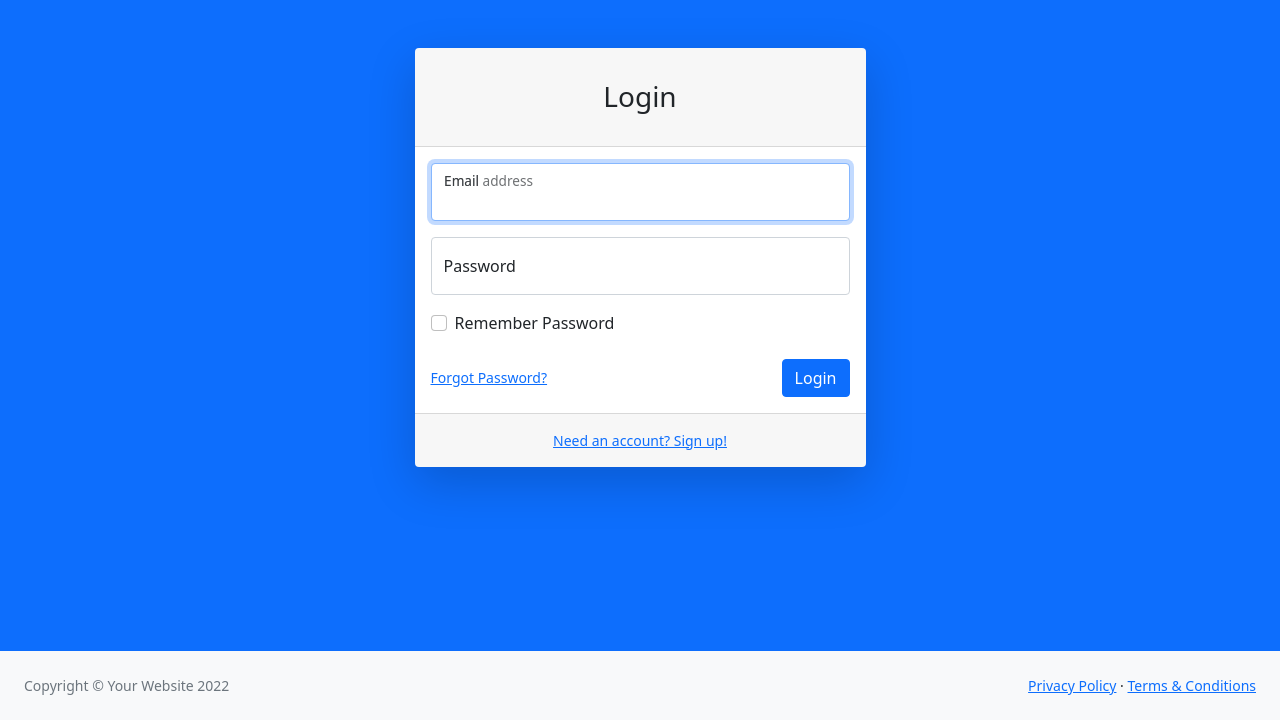
Repository: freddy1212/adulams
Page: templates/security/login.html.twig
The author's editor kept a copy of each file at every save. The page is drawn from the files as they stood at one save, then again after the next save.
The browser window is 1280 px wide. The pictures show the whole page.
Some web libraries are served in a nearby version. The page is a Twig template of a Symfony application; nobody is signed in and links lead nowhere. The template is opened directly, without the code that normally fills it, so the values that code supplies are empty.

Above is the page before, as saved 2022-08-29 18:32:53.

### templates/security/login.html.twig
<!DOCTYPE html>
<html lang="en">
    <head>
        <meta charset="utf-8" />
        <meta http-equiv="X-UA-Compatible" content="IE=edge" />
        <meta name="viewport" content="width=device-width, initial-scale=1, shrink-to-fit=no" />
        <meta name="description" content="" />
        <meta name="author" content="" />
        <title>Login - SB Admin</title>
        <link href="{{ asset('assets/css/styles.css')}}" rel="stylesheet" />
        <script src="https://use.fontawesome.com/releases/v6.1.0/js/all.js" crossorigin="anonymous"></script>
    </head>
    <body class="bg-primary">
        <div id="layoutAuthentication">
            <div id="layoutAuthentication_content">
                <main>
                    <div class="container">
                        <div class="row justify-content-center">
                            <div class="col-lg-5">
                                <div class="card shadow-lg border-0 rounded-lg mt-5">
                                    <div class="card-header"><h3 class="text-center font-weight-light my-4">Login</h3></div>
                                    <div class="card-body">
                                        {% block body %}
                                        <form method="post">
                                            {% if error %}
                                                <div class="alert alert-danger">{{ error.messageKey|trans(error.messageData, 'security') }}</div>
                                            {% endif %}

                                            {% if app.user %}
                                                <div class="mb-3">
                                                    You are logged in as {{ app.user.userIdentifier }}, <a href="{{ path('app_logout') }}">Logout</a>
                                                </div>
                                            {% endif %}
                                            <div class="form-floating mb-3">
                                                <input type="email" value="{{ last_username }}" name="email" id="inputEmail" class="form-control" autocomplete="email" required autofocus>                                                <label for="inputEmail">Email address</label>
                                                <label for="inputEmail">Email</label>
                                            </div>
                                            <div class="form-floating mb-3">
                                                <input class="form-control" id="inputPassword" type="password" placeholder="Password" />
                                                <label for="inputPassword">Password</label>
                                            </div>
                                            <div class="form-check mb-3">
                                                <input class="form-check-input" id="inputRememberPassword" type="checkbox" value="" />
                                                <label class="form-check-label" for="inputRememberPassword">Remember Password</label>
                                            </div>
                                            <div class="d-flex align-items-center justify-content-between mt-4 mb-0">
                                                <a class="small" href="password.html">Forgot Password?</a>
                                                <a class="btn btn-primary" href="index.html">Login</a>
                                            </div>
                                        </form>
                                        {% endblock %}
                                    </div>
                                    <div class="card-footer text-center py-3">
                                        <div class="small"><a href="register.html">Need an account? Sign up!</a></div>
                                    </div>
                                </div>
                            </div>
                        </div>
                    </div>
                </main>
            </div>
            <div id="layoutAuthentication_footer">
                <footer class="py-4 bg-light mt-auto">
                    <div class="container-fluid px-4">
                        <div class="d-flex align-items-center justify-content-between small">
                            <div class="text-muted">Copyright &copy; Your Website 2022</div>
                            <div>
                                <a href="#">Privacy Policy</a>
                                &middot;
                                <a href="#">Terms &amp; Conditions</a>
                            </div>
                        </div>
                    </div>
                </footer>
            </div>
        </div>
        <script src="https://cdn.jsdelivr.net/npm/bootstrap@5.1.3/dist/js/bootstrap.bundle.min.js" crossorigin="anonymous"></script>
        <script src="{{ asset('assets/js/scripts.js') }}"></script>
    </body>
</html>

### public/assets/js/scripts.js
/*!
    * Start Bootstrap - SB Admin v7.0.5 (https://startbootstrap.com/template/sb-admin)
    * Copyright 2013-2022 Start Bootstrap
    * Licensed under MIT (https://github.com/StartBootstrap/startbootstrap-sb-admin/blob/master/LICENSE)
    */
    //
// Scripts
//

window.addEventListener('DOMContentLoaded', event => {

    // Toggle the side navigation
    const sidebarToggle = document.body.querySelector('#sidebarToggle');
    if (sidebarToggle) {
        // Uncomment Below to persist sidebar toggle between refreshes
        // if (localStorage.getItem('sb|sidebar-toggle') === 'true') {
        //     document.body.classList.toggle('sb-sidenav-toggled');
        // }
        sidebarToggle.addEventListener('click', event => {
            event.preventDefault();
            document.body.classList.toggle('sb-sidenav-toggled');
            localStorage.setItem('sb|sidebar-toggle', document.body.classList.contains('sb-sidenav-toggled'));
        });
    }

});

Loaded but not shown: public/assets/css/styles.css (library)

After the next save:
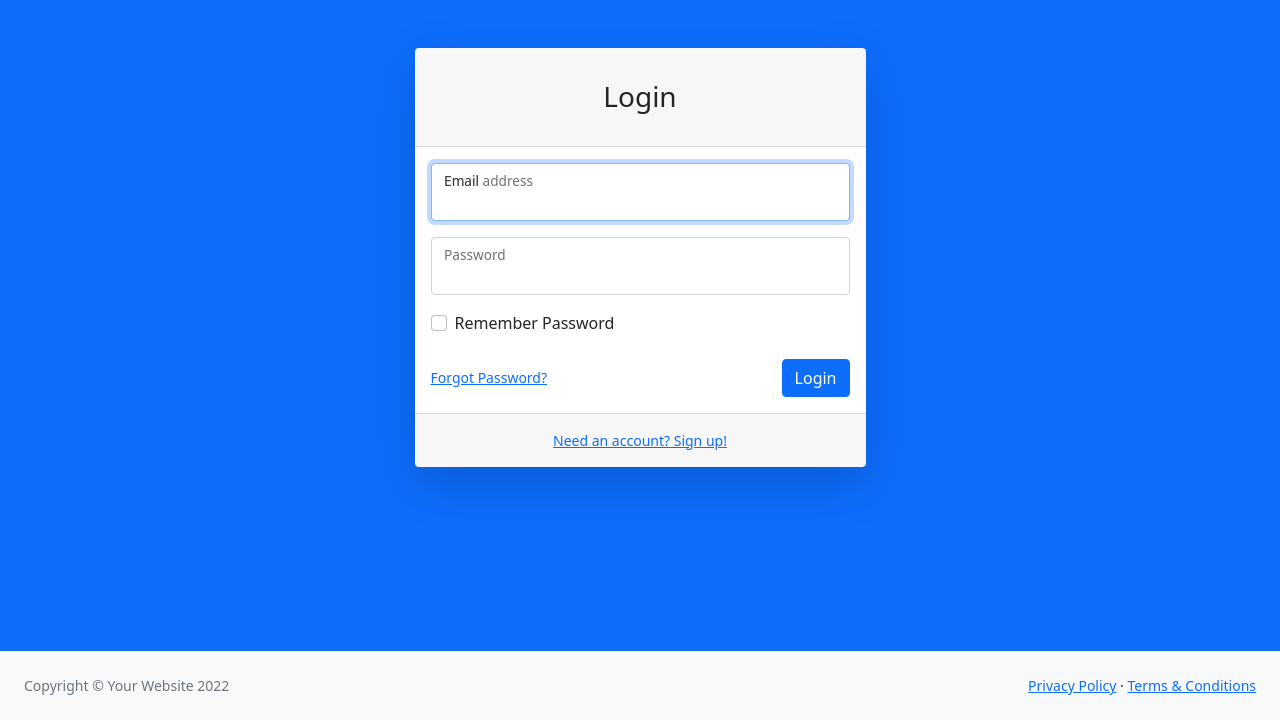
Saved 2 min 42 s later.
--- a/templates/security/login.html.twig
+++ b/templates/security/login.html.twig
@@ -36,7 +36,7 @@
                                                 <label for="inputEmail">Email</label>
                                             </div>
                                             <div class="form-floating mb-3">
-                                                <input class="form-control" id="inputPassword" type="password" placeholder="Password" />
+                                                <input type="password" name="password" id="inputPassword" class="form-control" autocomplete="current-password" required>
                                                 <label for="inputPassword">Password</label>
                                             </div>
                                             <div class="form-check mb-3">
